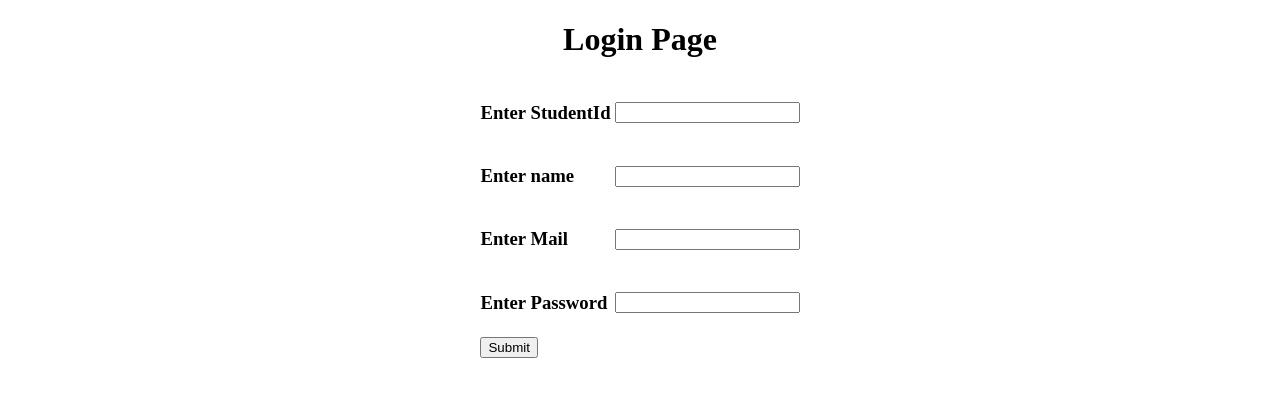
Repository: MaheshAwaji/JavaProjects
Page: servelet1/src/main/webapp/hello.html
These files come from the project's save history. The page is drawn as it stood at one moment and after the next save; the edit follows.
The browser window is 1280 px wide. The pictures show the whole page.

Above is the page before, as saved 2024-07-02 07:43:31.

After the next save:
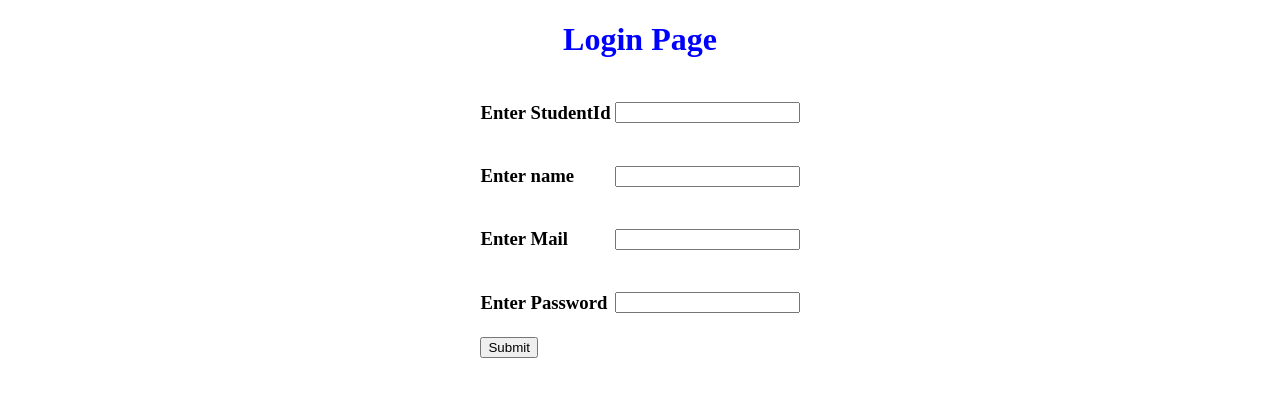
Saved 28 s later.
--- a/servelet1/src/main/webapp/hello.html
+++ b/servelet1/src/main/webapp/hello.html
@@ -6,7 +6,7 @@
 </head>
 <body>
 	<div align="center">
-	<h1>Login Page</h1>
+	<h1 style="color: blue">Login Page</h1>
 		<form action="login" method="post">
 			<table>
 			<tr>
